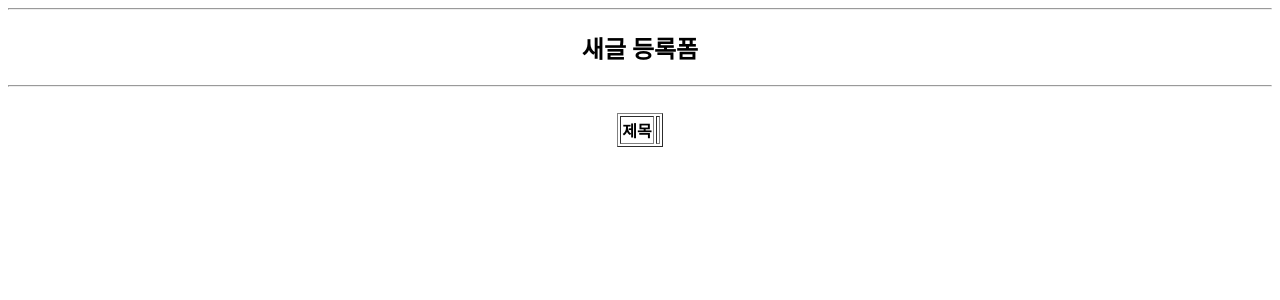
Repository: sunnny10/web-workspace
Page: http://localhost/Mission-Web/jsp/board/writeForm.jsp
These files come from the project's save history. The page is drawn as it stood at one moment and after the next save; the edit follows.
The browser window is 1280 px wide. The pictures show the whole page.
The page is served by Tomcat 9. Other server files are loaded and not shown.

Above is the page before, as saved 2022-06-02 08:10:18.

### Mission-Web/src/main/webapp/jsp/board/writeForm.jsp
<%@ page language="java" contentType="text/html; charset=UTF-8"
    pageEncoding="UTF-8"%>
<!DOCTYPE html>
<html>
<head>
<meta charset="UTF-8">
<title>Insert title here</title>
</head>
<body>
	<div align="center">
		<hr>
		<h2>새글 등록폼</h2>
		<hr>
		<br>
		<form>
			<table border="1" style="width=80%">
				<tr>
					<th>제목</th>
					<td>
				</tr>
			</table>
		</form>
	</div>
</body>
</html>

After the next save:
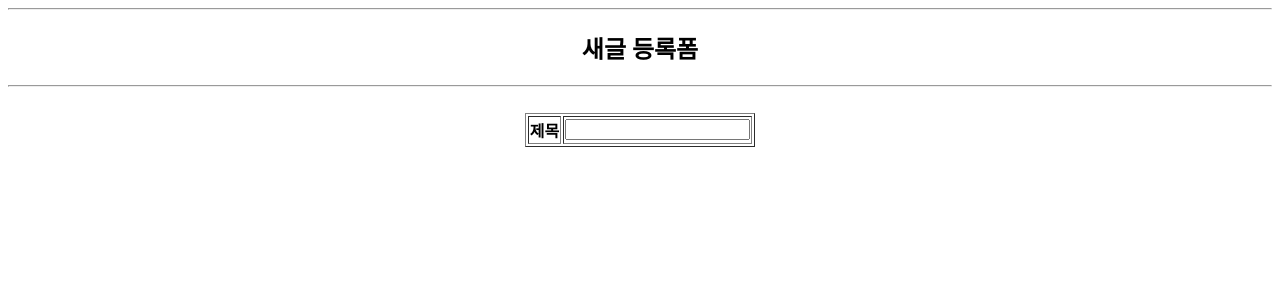
Saved 42 s later.
--- a/Mission-Web/src/main/webapp/jsp/board/writeForm.jsp
+++ b/Mission-Web/src/main/webapp/jsp/board/writeForm.jsp
@@ -16,7 +16,7 @@
 			<table border="1" style="width=80%">
 				<tr>
 					<th>제목</th>
-					<td>
+					<td><input type="text" name="title"></td>
 				</tr>
 			</table>
 		</form>
